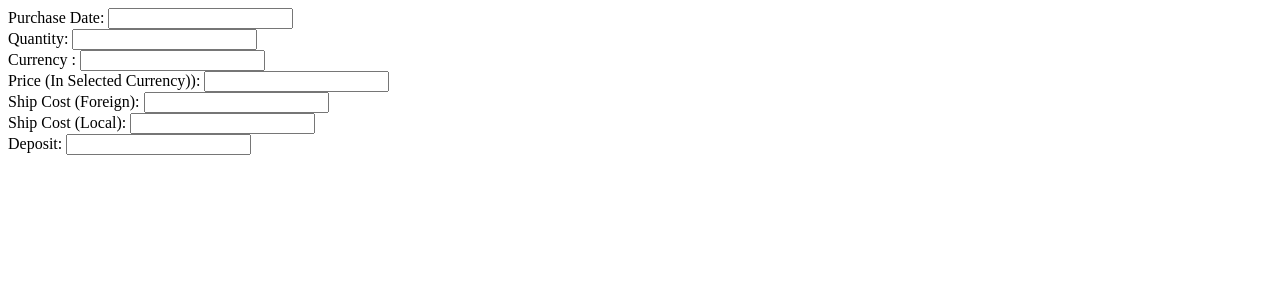
Repository: cheukyin21hk/DudeClothingConsole
Page: http://localhost/DudeClothing/WEB-INF/views/purchaseMgt.jsp
An editor plug-in stored every save of this project. The page is shown before and after a run of saves, followed by the edit.
The browser window is 1280 px wide. The pictures show the whole page.
The page is served by Tomcat 9. Nobody is signed in. The template is opened directly, without the code that normally fills it, so the values that code supplies are empty.

Above is the page before, as saved 2015-06-01 02:53:34.

After the next 2 saves:
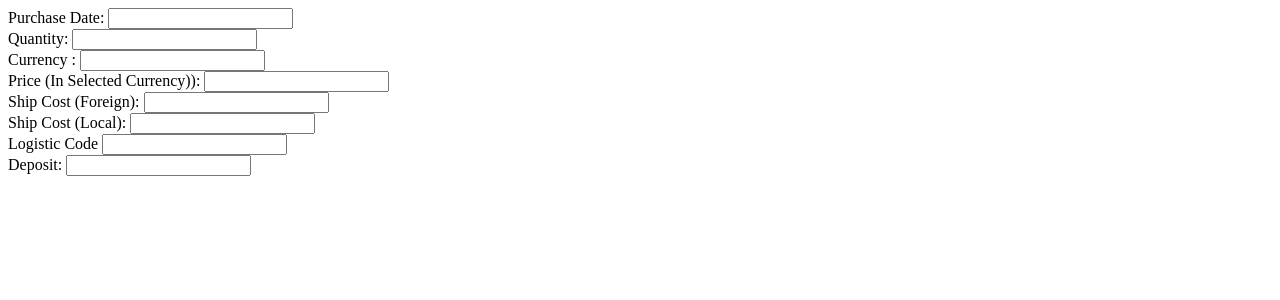
The 2 saves are shown as one change because they came seconds apart.
The last was saved 15 s later.
--- a/DudeClothing/src/main/webapp/WEB-INF/views/purchaseMgt.jsp
+++ b/DudeClothing/src/main/webapp/WEB-INF/views/purchaseMgt.jsp
@@ -19,6 +19,8 @@
 	<input type='text'>
 	<br /> Ship Cost (Local):
 	<input type='text'>
+	<br /> Logistic Code
+	<input type='text'>
 	<br /> Deposit:
 	<input type='text'>
 </body>
